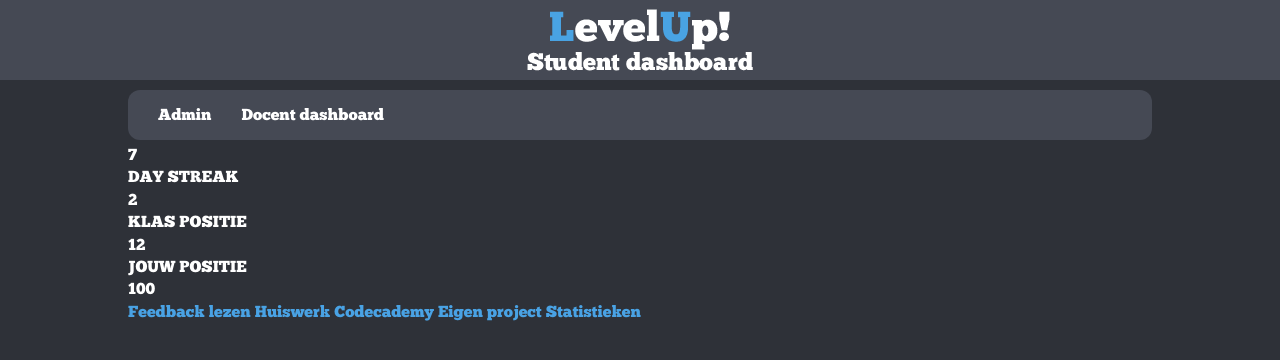
Repository: boblanckenburg/levelup
Page: website/src/index.html
These files come from the project's save history. The page is drawn as it stood at one moment and after the next save; the edit follows.
The browser window is 1280 px wide. The pictures show the whole page.

Above is the page before, as saved 2014-10-07 14:26:51.

After the next save:
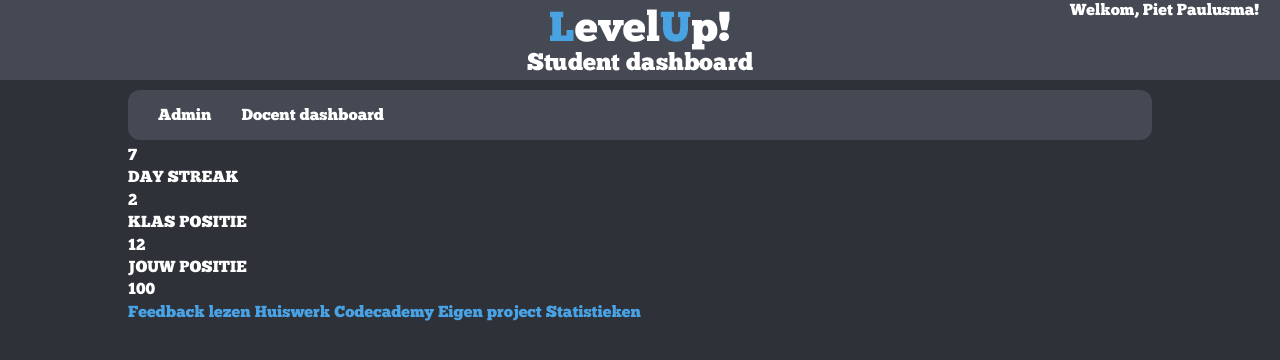
Saved 13 min 29 s later.
--- a/website/src/index.html
+++ b/website/src/index.html
@@ -19,7 +19,7 @@
         <![endif]-->
 
 		<div class="dashboard">
-			<section class="header"></section>
+			<section class="header"><div id="welcome">Welkom, Piet Paulusma!</div></section>
 			<section class="menu">
 				<a>Admin</a>
 				<a>Docent dashboard</a>
